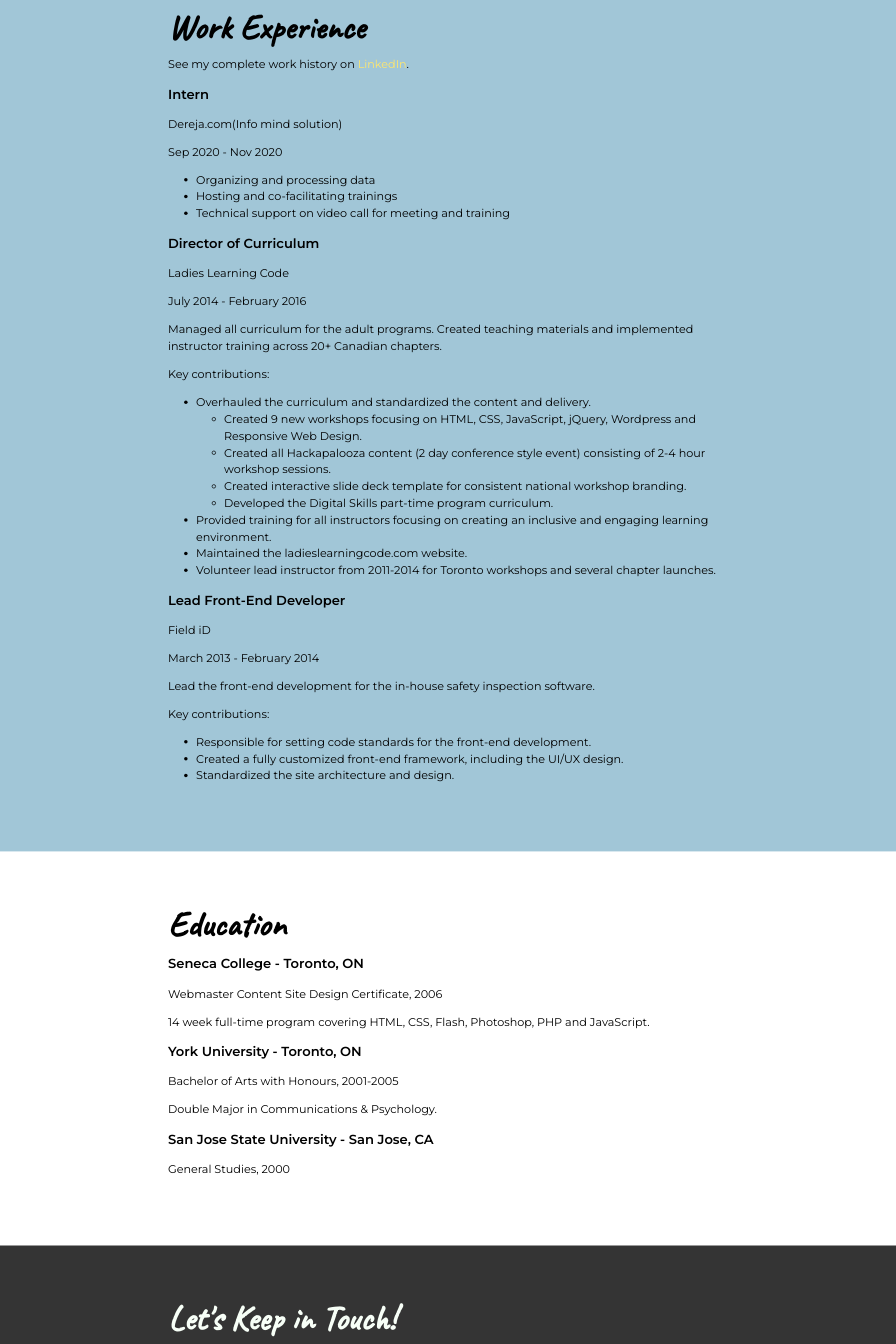
Repository: Aklilegetachew/my-Portfolio
Page: index.html
An editor plug-in stored every save of this project. The page is shown before and after the next save, followed by the edit.
The browser window is 1280 px wide. The pictures show the part of the page from y = 1476 to 3396 px (the page is 3593 px tall before and 3705 px after), at 70% of full size.

Above is the page before, as saved 2021-11-23 17:07:31.

### index.html
<!DOCTYPE html>
<html lang="en">
  <head>
    <meta charset="UTF-8">
    <meta name="viewport" content="width=device-width, initial-scale=1.0">
    <title>Aklile Getachew, Software Engineer</title>
     <link href="https://fonts.googleapis.com/css?family=Caveat|Montserrat:400,600&display=swap" rel="stylesheet">
    <link rel="stylesheet" href="css/styles.css">
  </head>
  <body>
    <main>
      <!-- ***********************  ABOUT / PROFILE  *********************** -->
      <header>
        <div class="content-wrap">
          <h1>Aklile Getachew</h1>
          <h2>Software Developer + Graphics Designer</h2>

          <p>Motivated software engineering graduate and technology enthusiast seeking
            to pursue an opportunity with a growing organization that will utilize and
            enhance my knowledge in software development or Information Technology</p>
          <p>I’m also exploring more creative pursuits on Graphic designing </p>
        </div>
      </header>

      <!-- ********************  PROJECTS / PORTFOLIO  ********************* -->
      <section class="projects">
        <div class="content-wrap divider">
          <h2>Featured Projects</h2>
          <p>View selected projects below. More information can be found at <a href="http://christinatruong.com">my gitlab account. </a>.</p>

          <!-- Project 1 -->
          <section class="project-item">
            <img src="images/brana-home.jpg" alt="brana-home-page">
            <h3>Brana Mobile application</h3>
            <p>Brana Audiobook Purchasing Application will provide audio books in different local languages
              for different target groups. Our application will provide book for students, readers, scientist,
              engineers, and researchers. This audio books will be from different category and with different
              genre to address most of the social groups.</p>
            <a class="btn" href="https://gitlab.com/bisrathailu793/brana/-/tree/master" target="_blank">See on Gitlab </a>
          </section>

          <!-- Project 2
          <section class="project-item">
            <img src="images/project-women-tech.jpg" alt="website thumbnail">
            <h3>Women&&Tech</h3>
            <p>Women&&Tech was launched in 2012 to feature interviews with different women working in the tech industry. I became familiar with them when I was invited to be one of the interviewees! A few years later, I joined the team and helped with the relaunch of the site as the front-end architect.</p>
            <a class="btn" href="http://christinatruong.com/projects/women-and-tech-redesign.html" target="_blank">View the case study</a>
          </section>

           Project 3
          <section class="project-item">
            <img src="images/project-wire-ipsum.jpg" alt="website thumbnail">
            <h3>The Wire Ipsum</h3>
            <p>After coming back from teaching a JavaScript workshop, I felt inspired to create something just for fun. I realized that of all the content/lorem ipsum generators available, there was nothing for HBO’s The Wire fans. I searched for <a href="http://thewireipsum.com" target="_blank">thewireipsum.com</a> domain and it was available! Generate some content for your projects today.</p>
            <a class="btn" href="http://thewireipsum.com" target="_blank">View live site</a>
          </section>-->
        </div>
      </section>

      <!-- ***********************  WORK EXPERIENCE  *********************** -->
      <section class="work-experience">
        <div class="content-wrap divider">
          <h2>Work Experience</h2>
          <p>See my complete work history on <a href="https://www.linkedin.com/in/christinatruong/">LinkedIn</a>.</p>

          <!-- Job 1 -->
          <section class="job-item">
            <div class="job-details">
              <h3>Intern</h3>
              <p>Dereja.com(Info mind solution) </p>
              <p>Sep 2020 - Nov 2020</p>
            </div>
            <div class="job-summary">
              <p></p>
              <ul>
                <li>Organizing and processing data</li>
                <li>Hosting and co-facilitating trainings</li>
                <li>Technical support on video call for meeting and training</li>
              </ul>
            </div>
          </section>

          <!-- Job 2 -->
          <section class="job-item">
            <div class="job-details">
              <h3>Director of Curriculum</h3>
              <p>Ladies Learning Code</p>
              <p>July 2014 - February 2016</p>
            </div>
            <div class="job-summary">
              <p>Managed all curriculum for the adult programs. Created teaching materials and implemented instructor training across 20+ Canadian chapters.</p>
              <p>Key contributions:</p>
              <ul>
                <li>Overhauled the curriculum and standardized the content and delivery.
                  <ul>
                    <li>Created 9 new workshops focusing on HTML, CSS, JavaScript, jQuery, Wordpress and Responsive Web Design.</li>
                    <li>Created all Hackapalooza content (2 day conference style event) consisting of 2-4 hour workshop sessions.</li>
                    <li>Created interactive slide deck template for consistent national workshop branding.</li>
                    <li>Developed the Digital Skills part-time program curriculum.</li>
                  </ul>
                </li>
                <li>Provided training for all instructors focusing on creating an inclusive and engaging learning environment.</li>
                <li>Maintained the ladieslearningcode.com website.</li>
                <li>Volunteer lead instructor from 2011-2014 for Toronto workshops and several chapter launches.</li>
              </ul>
            </div>
          </section>

          <!-- Job 3 -->
          <section class="job-item">
            <div class="job-details">
              <h3>Lead Front-End Developer</h3>
              <p>Field iD</p>
              <p>March 2013 - February 2014</p>
            </div>
            <div class="job-details">
              <p>Lead the front-end development for the in-house safety inspection software.</p>
              <p>Key contributions:</p>
              <ul>
                <li>Responsible for setting code standards for the front-end development.</li>
                <li>Created a fully customized front-end framework, including the UI/UX design.</li>
                <li>Standardized the site architecture and design.</li>
              </ul>
            </div>
          </section>
        </div>
      </section>

      <!-- ******************  EDUCATION & CERTIFICATIONS ****************** -->
      <section class="education item-details">
        <div class="content-wrap">
          <h2>Education</h2>

          <section>
            <h3>Seneca College - Toronto, ON</h3>
            <p>Webmaster Content Site Design Certificate, 2006</p>
            <p>14 week full-time program covering HTML, CSS, Flash, Photoshop, PHP and JavaScript.</p>
          </section>

          <section>
            <h3>York University - Toronto, ON</h3>
            <p>Bachelor of Arts with Honours, 2001-2005</p>
            <p>Double Major in Communications & Psychology.</p>
          </section>

          <section>
            <h3>San Jose State University - San Jose, CA</h3>
            <p>General Studies, 2000</p>
          </section>
        </div>
      </section>

      <!-- *****************  CONTACT INFO / SOCIAL MEDIA  ***************** -->
      <footer>
        <div class="content-wrap">
          <h2>Let's Keep in Touch!</h2>

          <!-- Social media and contact links. Add or remove any networks. -->
          <ul class="contact-list">
            <li><a href="mailto:email@example.com">email@example.com</a></li>
            <li><a href="http://christinatruong.com" target="_blank">christinatruong.com</a></li>
            <li><a href="http://twitter.com/christinatruong" target="_blank">Twitter</a></li>
            <li><a href="#" target="_blank">LinkedIn</a></li>
          </ul>
        </div>
      </footer>
    </main>
  </body>
</html>

### css/styles.css
/*
COLOR PALETTE
https://coolors.co/f7fff7-343434-2f3061-ffe66d-a1c6d7
#F7FFF7 - almost white
#343434 - dark gray - almost black
#2F3061 - blue dark
#FFE66D - yellow
#A1C6D7 - blue light
*/

/* global
======================================================*/
img{
    width: 300px;
    height: 640px;
}
a{
    color: #FFE66D ;
    text-decoration: none;
}
body{
    margin: 0;
    padding: 0;
    font-family: 'Montserrat', sans-serif;
    line-height: 1.5em;
}
h1{
    font-size: 90px;
    margin: 0;

}
h2{
    margin: 0;
    font-size: 50px;
}
h1, h2 {
    font-family: 'Caveat', cursive;
    line-height: 1em;
}
.content-wrap{
    width: 800px;
    margin: 0 auto;
    padding: 80px 0;
}

/* Heading
======================================================*/
header{
    background-color: #2F3061 ;
    color: #F7FFF7;
}



/* projects
======================================================*/

.projects{
    background-color: #F7FFF7 ;

}

.project-item{
    clear: both;
    margin-top: 60px;
    display: inline-block;
}
.project-item h3{
    margin-top: 0;
}

.project-item img{
    float: left;
    margin-right: 20px;
    width: 300px;
    height: 640px;
}

.projects a{
    color: #343434 ;

}
.projects .btn{
    color: #F7FFF7;
    background-color: #2F3061;
    text-decoration: none;
    padding: 8px;
    border-radius: 4px;
    display: inline-block;
}

/* Work experiance
=======================================================*/
.work-experience{
    background-color: #A1C6D7;

}

/* footer
=======================================================*/
footer{
    background-color: #343434 ;
    color: #F7FFF7;
}

After the next save:
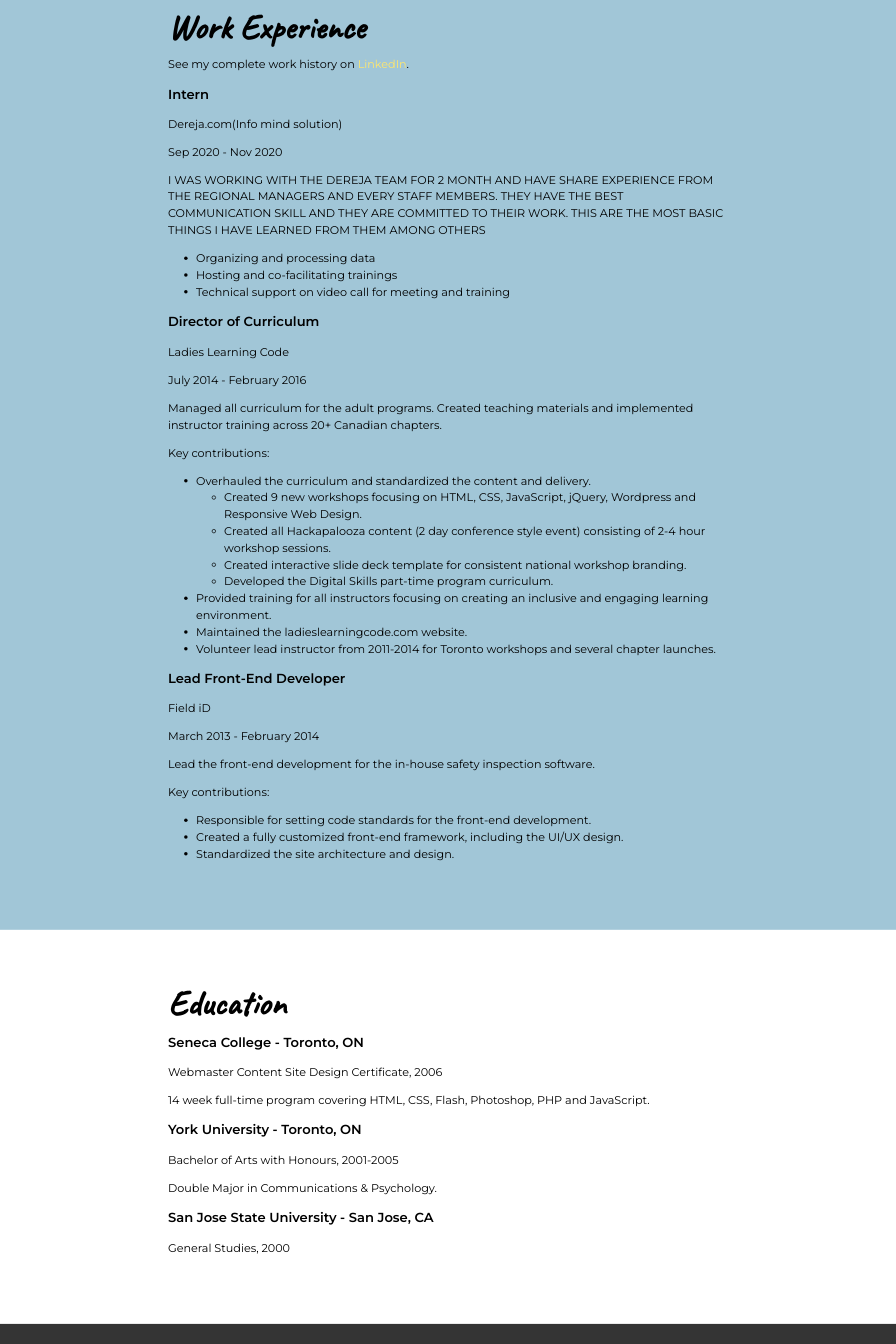
Saved 2 min 13 s later.
--- a/index.html
+++ b/index.html
@@ -71,7 +71,11 @@
               <p>Sep 2020 - Nov 2020</p>
             </div>
             <div class="job-summary">
-              <p></p>
+              <p>I WAS WORKING WITH THE DEREJA TEAM FOR 2 MONTH AND HAVE
+                SHARE EXPERIENCE FROM THE REGIONAL MANAGERS AND EVERY
+                STAFF MEMBERS. THEY HAVE THE BEST COMMUNICATION SKILL
+                AND THEY ARE COMMITTED TO THEIR WORK. THIS ARE THE MOST
+                BASIC THINGS I HAVE LEARNED FROM THEM AMONG OTHERS</p>
               <ul>
                 <li>Organizing and processing data</li>
                 <li>Hosting and co-facilitating trainings</li>
